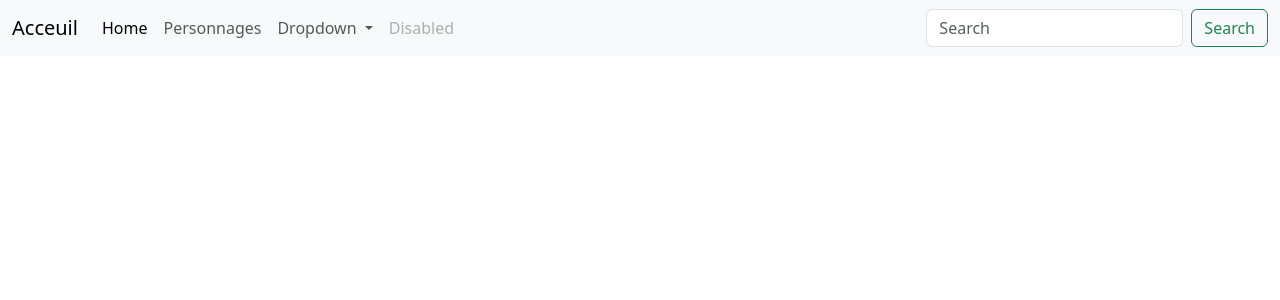
Repository: Timazoy/Site_ovni_tp
Page: perso.html
These files come from the project's save history. The page is drawn as it stood at one moment and after the next save; the edit follows.
The browser window is 1280 px wide. The pictures show the whole page.

Above is the page before, as saved 2025-12-15 08:29:19.

After the next save:
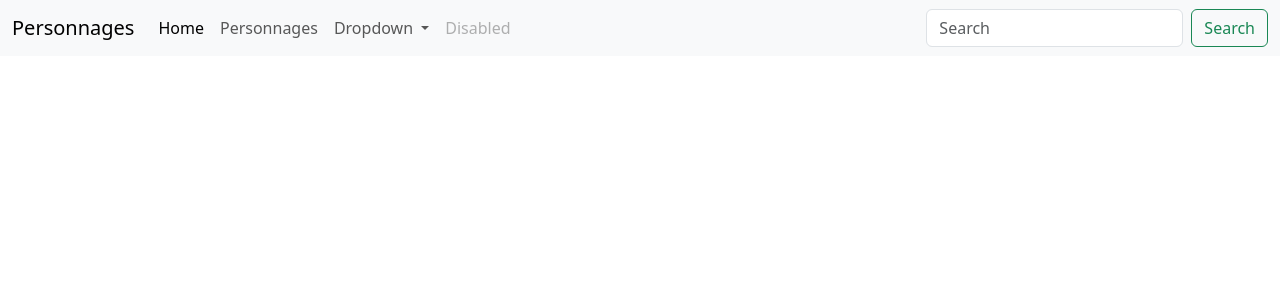
Saved 44 s later.
--- a/perso.html
+++ b/perso.html
@@ -4,7 +4,7 @@
 <head>
     <meta charset="utf-8">
     <meta name="viewport" content="width=device-width, initial-scale=1">
-    <title>Acceuil</title>
+    <title>Les personnages</title>
     <link href="https://cdn.jsdelivr.net/npm/bootstrap@5.3.8/dist/css/bootstrap.min.css" rel="stylesheet"
         integrity="sha384-sRIl4kxILFvY47J16cr9ZwB07vP4J8+LH7qKQnuqkuIAvNWLzeN8tE5YBujZqJLB" crossorigin="anonymous">
 </head>
@@ -14,7 +14,7 @@
 
     <nav class="navbar navbar-expand-lg bg-body-tertiary">
         <div class="container-fluid">
-            <a class="navbar-brand" href="./index.html">Acceuil</a>
+            <a class="navbar-brand" href="./index.html">Personnages</a>
             <button class="navbar-toggler" type="button" data-bs-toggle="collapse"
                 data-bs-target="#navbarSupportedContent" aria-controls="navbarSupportedContent" aria-expanded="false"
                 aria-label="Toggle navigation">
